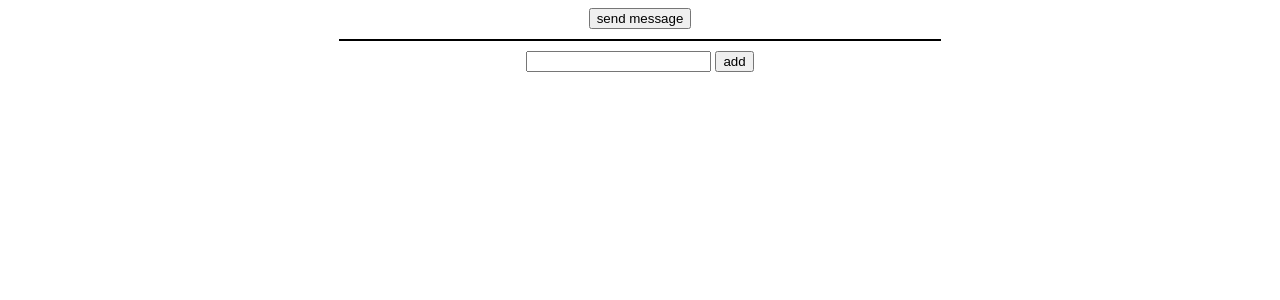
Repository: ycdtc/movie
Page: aaa/WebContent/finance.html
These files come from the project's save history. The page is drawn as it stood at one moment and after the next save; the edit follows.
The browser window is 1280 px wide. The pictures show the whole page.

Above is the page before, as saved 2017-07-20 09:11:52.
Console error: ReferenceError: ActiveXObject is not defined

### aaa/WebContent/finance.html
<!DOCTYPE html>
<html>
<head>
<meta charset="UTF-8">
<title>Insert title here</title>
<script src="javascript/jquery.min.js"></script>
<script src="javascript/base.js"></script>
<link rel="stylesheet" href="stylesheet/base.css"/>
<link rel="stylesheet" href="stylesheet/finance.css"/>
</head>
<body>
<button id="send">send message</button>
<div id="list"></div>
<input type="text" id="text"/>
<button id="add">add</button>
<div id='chart'>
</div>
</body>
<script type="text/javascript">
var financePath = "D:/data/finance.txt";
var msgPath = "D:/data/message.txt";
var name = [];
var value = [];
var key = dbGetValue(financePath, "date");
$(function(e){
	var message = dbSearch(msgPath, {"to":getRequest()["id"]});
	for(var i=0;i<message.length;i++){
		console.log(JSON.stringify(message[i]));
		alert("from:" + message[i].from + "\r\n" + message[i].message);
		dbRemove(msgPath, message[i]);
	}
	var intype = dbGetValue(financePath, "type",{"income":"1"});
	$("#list").append("income:");
	for(var i=0;i<intype.length;i++){
		$("#list").append("<a>"+ intype[i] +"</a>");
	}
	$("#list").append("<br/>");
	var outtype = dbGetValue(financePath, "type",{"income":"0"});
	$("#list").append("outcome:");
	for(var i=0;i<outtype.length;i++){
		$("#list").append("<a>"+ outtype[i] +"</a>");
	}
	$("#list").append("<br/>");
	$("a").click(function(e){
		e.preventDefault();
		$("#text").val($("#text").val() + $(this).html());
	});
});

$("#add").click(function(){
	var text = $("#text").val();
	name.push(text);
	var res = [];
	var last = text.length;
	for(var i=0;i<31;i++){
		res.push(0);
	}
	for(var i=text.length-1;i>=-1;i--){
		if(i==-1 || text.charAt(i) == '+'){
			var s = text.substring(i+1,last);
			var d = dbSearch(financePath, {"type":s});
			for(var j=0;j<d.length;j++){
				res[j] += d[j].amount;
			}
			last = i;
		}else if(text.charAt(i) == '+'){
			var s = text.subString(i+1,last);
			var d = dbSearch(financePath, {"type":s});
			for(var j=0;j<d.length;j++){
				res[j] += d[j].amount;
			}
			last = i;
		}
	}
	value.push(res);
	$("#chart").empty();
	$("#chart").append("<canvas id='can1' width='800' height='600'>当前浏览器不支持canvas，请更换浏览器使用！</canvas>");
	$("#text").val("");
	drawLine("can1", value, name, key);
});

$("#send").click(function(){
	window.open("message.html?id=" + getRequest()["id"], 'newwindow', 'height=600, width=800');
});
</script>
</html>

### aaa/WebContent/javascript/base.js
/**
 *
 */

var colors = ["red","orange","green","blue","purple","black"];
function getRequest() {
	var url = location.search;
	var paras = url.substr(1).split("&");
	var res = new Object();
	for(var i=0;i<paras.length;i++){
		res[paras[i].split("=")[0]] = paras[i].split("=")[1];
	}
	return res;
}

function drawPie(chart,value,name){
	var can = document.getElementById(chart);
	var ctx = can.getContext("2d");
	var start = 0;
	var end = 0;
	ctx.translate(400,350);
	var sum = 0;
	for(var i=0;i<value.length;i++){
		sum += value[i];
	}
	for(var i=0;i<value.length;i++){
		start = end;
		end += value[i]/sum * 2 * Math.PI;
		ctx.fillStyle = colors[i];
		ctx.beginPath();
		ctx.moveTo(0,0);
		ctx.arc(0,0,200,start,end);
		ctx.closePath();
		ctx.stroke();
		ctx.fill();
	}
	start = 0;
	end = 0;
	var now = 0;
	for(var i=0;i<value.length;i++){
		start = end;
		end += value[i]/sum * 2 * Math.PI;
		ctx.rotate(now + (end-start)/2);
		now = (end-start)/2;
		ctx.font = "24px";
		ctx.fillStyle = "white";
		ctx.fillText(name[i], 60 , 0);
	}
}

function drawLine(chart,value,name,key){
    var canvas = document.getElementById(chart);
    var ctx = canvas.getContext('2d');
    var cw = canvas.width;
    var ch = canvas.height;
    var padding = 80;
    var origin = {x:padding,y:ch-padding};
    var bottomRight = {x:cw-padding,y:ch-padding};
    var topLeft = {x:padding,y:padding};

    //X
    ctx.beginPath();
    ctx.moveTo(origin.x,origin.y);
    ctx.lineTo(bottomRight.x,bottomRight.y);
    //Y
    ctx.moveTo(origin.x,origin.y);
    ctx.lineTo(topLeft.x,topLeft.y);

    ctx.font = '16px SimHei';
    var text = key[0].substring(0,key[0].lastIndexOf('/')+1);
    ctx.fillText(text,origin.x-ctx.measureText(text).width-10,origin.y+32);
    //绘制X方向刻度
    var avgWidth = (cw - 2*padding - 50)/(key.length-1);
    for(var i=0;i<key.length;i++){
        if(i > 0){
            ctx.moveTo(origin.x+i*avgWidth,origin.y);
            ctx.lineTo(origin.x+i*avgWidth,origin.y-10);
        }
        var tmp = key[i].substring(key[i].lastIndexOf("/")+1);
        var txtWidth = ctx.measureText(tmp).width;
        ctx.fillText(tmp,origin.x+i*avgWidth-txtWidth/2,origin.y+32);
    }
    //绘制Y方向刻度
    var max = Math.max.apply(null,value.join(",").split(","));
    var avgValue=Math.floor(max/5);
    var avgHeight = (ch-padding*2-50)/5;
    for(var i=0;i<=5;i++){
    	if(i>0){
            ctx.moveTo(origin.x,origin.y-i*avgHeight);
            ctx.lineTo(origin.x+10,origin.y-i*avgHeight);
    	}
        var txtWidth = ctx.measureText(avgValue*i).width;
        ctx.fillText(avgValue*i,origin.x-txtWidth-5,origin.y-i*avgHeight+6);
    }
    ctx.stroke();

    //line
    var labelX = padding;
    for(var k=0;k<name.length;k++){
    	ctx.beginPath();
    	ctx.strokeStyle = colors[k];
	    for(var i=0;i<value[k].length;i++){
	        var posY = origin.y - value[k][i]/max*(ch-2*padding-50);
	        ctx.fillStyle = colors[k];
	        if(i==0){
	            ctx.moveTo(origin.x+i*avgWidth,posY);
	        }else{
	            ctx.lineTo(origin.x+i*avgWidth,posY);
	        }
	    }
	    ctx.moveTo(labelX,padding/2-6);
        ctx.lineTo(labelX+40,padding/2-6);
        ctx.fillStyle="black";
        ctx.fillText(name[k],labelX+43,padding/2);
        labelX += 50 + ctx.measureText(name[k]).width;
        ctx.stroke();
    }
}

function drawRect(chart,value,key){
    var canvas = document.getElementById(chart);
    var ctx = canvas.getContext("2d");
    var cw = canvas.width;
    var ch = canvas.height;
    var padding = 80;

    var origin = {x:padding,y:ch-padding};
    var bottomRight = {x:cw-padding,y:ch-padding};
    var topLeft = {x:padding,y:padding};

    //X
    ctx.beginPath();
    ctx.moveTo(origin.x,origin.y);
    ctx.lineTo(bottomRight.x,bottomRight.y);
    //Y
    ctx.moveTo(origin.x,origin.y);
    ctx.lineTo(topLeft.x,topLeft.y);

    ctx.font = '16px SimHei';

    //绘制Y方向刻度
    var max = Math.max.apply(null,value);
    console.log(max);
    var avgValue=Math.floor(max/5);
    var avgHeight = (ch-padding*2-50)/5;
    for(var i=0;i<=5;i++){
    	if(i>0){
            ctx.moveTo(origin.x,origin.y-i*avgHeight);
            ctx.lineTo(origin.x+10,origin.y-i*avgHeight);
    	}
        var txtWidth = ctx.measureText(avgValue*i).width;
        ctx.fillText(avgValue*i,origin.x-txtWidth-5,origin.y-i*avgHeight+6);
    }
    ctx.stroke();

    //绘制X方向刻度
    var avgWidth = (cw - 2*padding - 50)/(key.length);
    for(var i=0;i<key.length;i++){
        var txtWidth = ctx.measureText(key[i]).width;
        ctx.fillText(key[i],origin.x+(i+1)*avgWidth-txtWidth/2,origin.y+32);
    }

    for(var i=0;i<value.length;i++){
    	var height = value[i]/max*(ch-2*padding-50);
        ctx.beginPath();
        ctx.fillStyle="#abcdef";
        ctx.rect(origin.x+(i+0.9)*avgWidth,origin.y-height,avgWidth/10,height);
        ctx.fill();
        ctx.closePath();
    }

}

function dbAdd(path,data){
	var fs;
	//read 1 write 2 add 8
	fs = new ActiveXObject("Scripting.FileSystemObject");
	file = fs.openTextFile(path, 1);
	while(!file.atEndOfStream){
		if(file.readLine() == JSON.stringify(data)){
			return 1;
		}
	}
	file.close();
	file = fs.OpenTextFile(path, 8);
	file.write("\r\n" + JSON.stringify(data));
	file.close();
	return 0;
}

function dbRemove(path,data){
	var fs;
	//read 1 write 2 add 8
	fs = new ActiveXObject("Scripting.FileSystemObject");
	file = fs.openTextFile(path, 1);
	var s = "";
	while(!file.atEndOfStream){
		var flag = 0;
		var line = file.readLine();
//		if(line == ""){
//			continue;
//		}
		for(var key in data){
			if(JSON.parse(line)[key] != data[key]){
				flag = 1;
			}
		}
		if(flag == 1){
			s += line + "\r\n";
		}
	}
	file.close();
	file = fs.OpenTextFile(path, 2);
	console.log(s);
	file.write(s.substring(0,s.length-2));
	file.close();
	return 0;
}

function dbSearch(path,data){
	var fs;
	//read 1 write 2 add 8
	fs = new ActiveXObject("Scripting.FileSystemObject");
	file = fs.openTextFile(path, 1);
	var res = [];
	while(!file.atEndOfStream){
		var flag = 0;
		var line = file.readLine();
//		if(line == ""){
//			continue;
//		}
		for(var key in data){
			console.log(line);
			if(JSON.parse(line)[key] != data[key]){
				flag = 1;
			}
		}
		if(flag == 0){
			res.push(JSON.parse(line));
		}
	}
	file.close();
	return res;
}

function dbUpdate(path,data,newdata){
	var fs;
	//read 1 write 2 add 8
	fs = new ActiveXObject("Scripting.FileSystemObject");
	file = fs.openTextFile(path, 1);
	var s = "";
	while(!file.atEndOfStream){
		var flag = 0;
		var line = file.readLine();
//		if(line == ""){
//			continue;
//		}
		for(var key in data){
			if(JSON.parse(line)[key] != data[key]){
				flag = 1;
			}
		}
		if(flag == 1){
			s += line + "\r\n";
		}else{
			var json = JSON.parse(line);
			for(var key in newdata){
				json[key] = newdata[key];
			}
			s += JSON.stringify(json) + "\r\n";
		}
	}
	file.close();
	file = fs.OpenTextFile(path, 2);
	console.log(s);
	file.write(s.substring(0,s.length-2));
	file.close();
	return 0;
}

function dbGetValue(path,key,criteria) {
	criteria = criteria || {};
	var res = [];
	var find = dbSearch(path, criteria);
	for(var i=0;i<find.length;i++){
		if($.inArray(find[i][key],res) == -1){
			res.push(find[i][key]);
		}
	}
	res.sort(function(o1,o2){
		return parseInt(o1) < parseInt(o2);
	});
	return res;
}

function addMovie(){
	fs = new ActiveXObject("Scripting.FileSystemObject");
	file = fs.openTextFile("d:/data/roominfo.txt", 2);
	var brands = ["Zhangjiang","Global harbor","Zhongshan Park","East Nanjing Road"];
	var rooms = ["Room1","Room2","Room3"];
	var seats = [[0,0,0,0,0],[0,0,0,0,0],[0,0,0,0,0],[0,0,0,0,0],[0,0,0,0,0]];
	var movie = ["Despicable Me 3","Spider-Man","Transformers","War of the Planet of the Apes"];
	var times = ["9:00-11:00","13:00-15:00","15:00-17:00","19:00-21:00"];
	var i = 0;
	for ( var brand in brands) {
		for(var room in rooms){
			for(var time in times){
				var json = {"brand":brands[brand], "room":rooms[room],"seats":seats,"time":times[time],"movie":movie[i%movie.length],"price":"35"};
				file.writeLine(JSON.stringify(json));
				i++;
			}
		}
	}
	file.close();
}

function addBox(){
	function getNumber(mean,std_dev){
	    return mean+(distribution()*std_dev);
	}

	function distribution(){
	    var sum=0.0;
	    for(var i=0; i<12; i++){
	        sum=sum+Math.random();
	    }
	    return sum-6.0;
	}
	var dis = {};
	for(var i=0;i<1000000;i++){
		var num = parseInt(getNumber(180, 10));
		if(num in dis){
			dis[num]++;
		}else{
			dis[num] = 1;
		}
	}
	var movies = dbGetValue("D:/data/movieinfo.txt","movie",{"status":"present"});
	fs = new ActiveXObject("Scripting.FileSystemObject");
	file = fs.openTextFile("D:/data/boxinfo.txt", 2);
	var num = [161,185,179,197];
	for(var i=0;i<movies.length;i++){
		for(var j=1;j<=31;j++){
			if(num[i] in dis){
				var json = {"movie":movies[i],"date":"2017/7/"+j,"boxOffice":dis[num[i]]};
				file.writeLine(JSON.stringify(json));
			}else{
				var json = {"movie":movies[i],"date":"2017/7/"+j,"boxOffice":40};
				file.writeLine(JSON.stringify(json));
			}
			num[i]++;
		}
	}
	file.close();
}

function addFinance(){
	fs = new ActiveXObject("Scripting.FileSystemObject");
	file = fs.openTextFile("D:/data/finance.txt", 2);
	var types1 = ["ticket","food","advertisement"];
	var types2 = ["salary","maintain"];
	var nums = [1000,2000,500,300,200];
	var k=0;
	for(var i=0;i<types1.length;i++){
		for(var j=1;j<=31;j++){
			var json = {"type":types1[i],"date":"2017/7/"+j,"income":"1","amount":parseInt(Math.random()*nums[k] + nums[k])};
			file.writeLine(JSON.stringify(json));
		}
		k++;
	}
	for(var i=0;i<types2.length;i++){
		for(var j=1;j<=31;j++){
			var json = {"type":types2[i],"date":"2017/7/"+j,"income":"0","amount":parseInt(Math.random()*nums[k] + nums[k])};
			file.writeLine(JSON.stringify(json));
		}
		k++;
	}
	file.close();
}

### aaa/WebContent/stylesheet/base.css
@CHARSET "UTF-8";
body{
	text-align: center;
}

.movie{
	width:220px
}

### aaa/WebContent/stylesheet/finance.css
@CHARSET "UTF-8";
a{color:blue;text-decoration:underline;margin-left:30px;cursor:pointer}
a:hover{color:green;}
#list{
	width:600px;
	text-align:left;
	border:1px solid black;
	margin:10px auto;
	font-size:20px;
}

Loaded but not shown: aaa/WebContent/javascript/jquery.min.js (library)

After the next save:
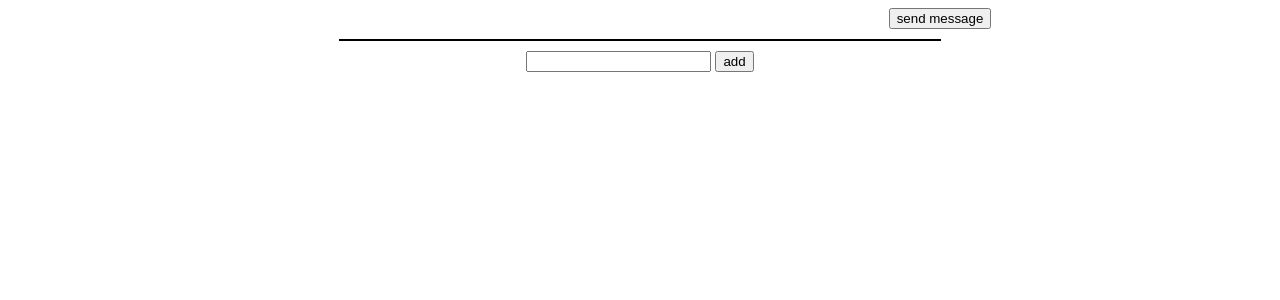
Saved 113 s later.
--- a/aaa/WebContent/stylesheet/finance.css
+++ b/aaa/WebContent/stylesheet/finance.css
@@ -8,3 +8,6 @@ a:hover{color:green;}
 	margin:10px auto;
 	font-size:20px;
 }
+#send{
+	margin-left:600px;
+}
